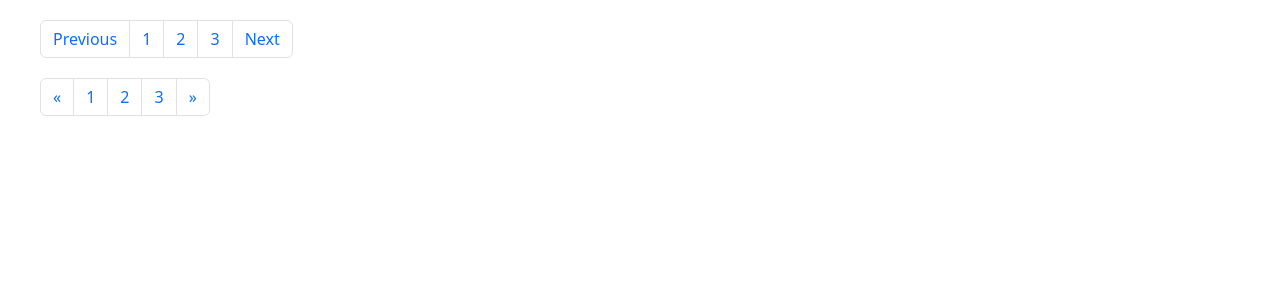
Repository: arunyerram/Web-TEChnologies
Page: Pagination.html
An editor plug-in stored every save of this project. The page is shown before and after the next save, followed by the edit.
The browser window is 1280 px wide. The pictures show the whole page.

Above is the page before, as saved 2025-02-28 11:47:29.

After the next save:
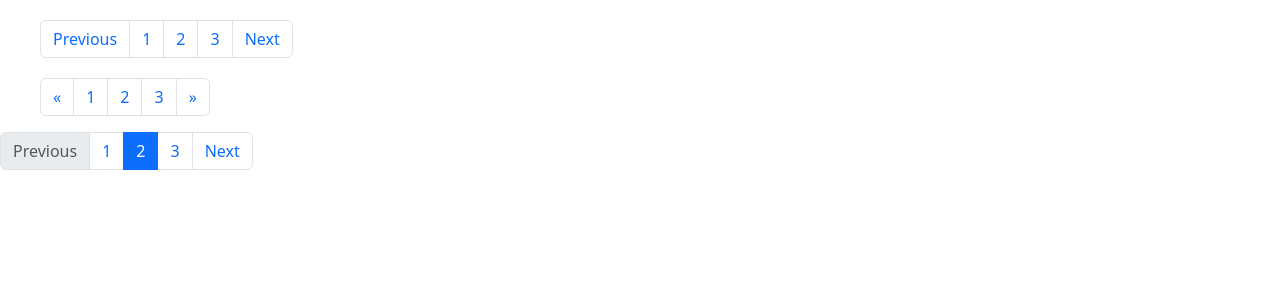
Saved 9 s later.
--- a/Pagination.html
+++ b/Pagination.html
@@ -45,7 +45,21 @@
     </div>
 
     <div>
-
+        <nav aria-label="...">
+            <ul class="pagination">
+              <li class="page-item disabled">
+                <a class="page-link">Previous</a>
+              </li>
+              <li class="page-item"><a class="page-link" href="#">1</a></li>
+              <li class="page-item active" aria-current="page">
+                <a class="page-link" href="#">2</a>
+              </li>
+              <li class="page-item"><a class="page-link" href="#">3</a></li>
+              <li class="page-item">
+                <a class="page-link" href="#">Next</a>
+              </li>
+            </ul>
+          </nav>
     </div>
 
 </body>
